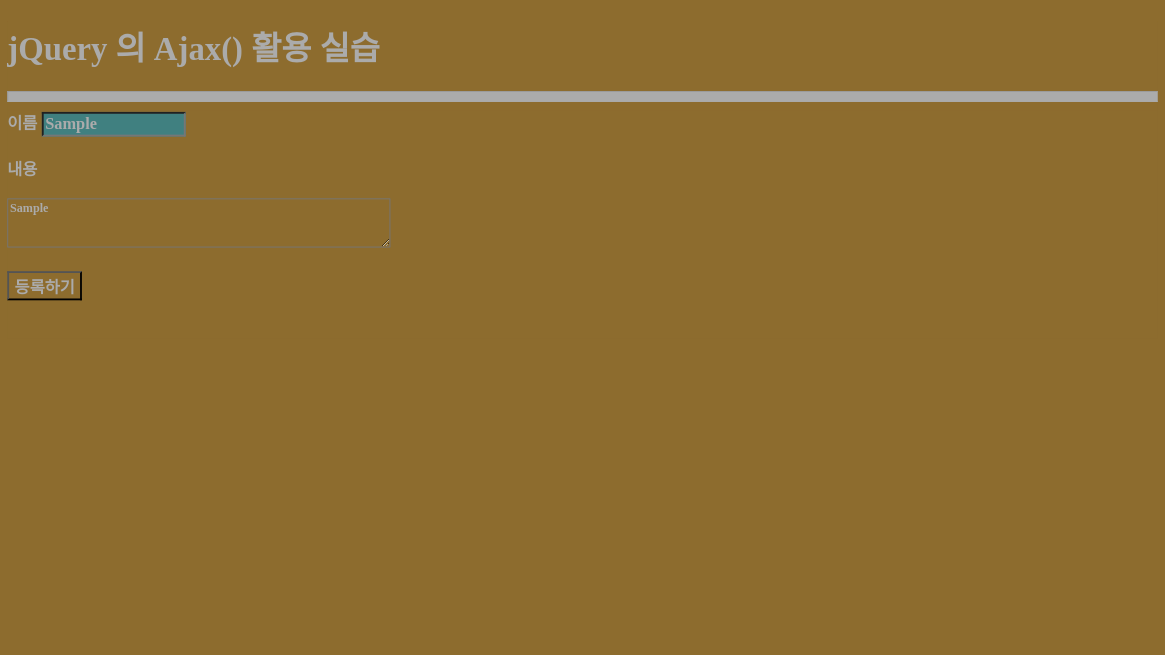
Repository: Umkimisstrong/UM_Webbb
Page: http://localhost/Ajaxjquery04/AjaxTest03.jsp
An editor plug-in stored every save of this project. The page is shown before and after the next save, followed by the edit.
The browser window is 1280 px wide. The pictures show the whole page, at 91% of full size.
Empty fields were first filled with sample values (such as "Sample", 5 or name@example.com).
After loading, the first visible `#sendBtn` was clicked once.
The page is served by Tomcat 9. Other server files are loaded and not shown.

Above is the page before, as saved 2022-05-12 02:17:38.
Console error: ReferenceError: 동작 is not defined

### Ajaxjquery04/WebContent/AjaxTest03.jsp
<%@ page contentType="text/html; charset=UTF-8"%>
<%@ taglib prefix="c" uri="http://java.sun.com/jsp/jstl/core"%>
<%
	request.setCharacterEncoding("UTF-8");
	String cp = request.getContextPath();
%>
<!DOCTYPE html>
<html>
<head>
<meta charset="UTF-8">
<title>AjaxTest02.jsp</title>
<link rel="stylesheet" type="text/css" href="<%=cp%>/css/main.css">
<script type="text/javascript" src="https://code.jquery.com/jquery.min.js"></script>
<script type="text/javascript">
	$(function()
	{
		$("#sendBtn").click(function()
		{
			//alert("보내기");
			var params = "name=" + $.trim($("#name").val())
			           + "&content=" + $.trim($("#content").val());
			/*
			$.ajax(
			{
				  type:"POST"
				, url:"AjaxTest02_ok.jsp"
				, data:params
				//, async:false ▶ 동기  (true 일 경우 : 비동기.. default임)
				, dataType:"xml"	// Check~!~!~!
				, success:동작
				, beforeSend:true
				, error:동작
			});
			 */

			$.ajax(
			{
				  type:"POST"
				, url:"AjaxTest02_ok.jsp"
				, data:params
				//, async:false ▶ 동기  (true 일 경우 : 비동기.. default임)
				, dataType:"xml"	// Check~!~!~!
				, success:function(args)
				{
					var out = "";
					out = ">> 게시물 갯수 : " + $(args).find("total_dataCount").text() + "<br>";
					$(args).find("comment").each(function()
					{
						var item = $(this);
						var num = item.attr("num");
						var name = item.find("name").text();
						var content = item.find("content").text();

						out += "<br>============================";
						out += "<br> 번호 : " + num;
						out += "<br> 이름 : " + name;
						out += "<br> 내용 : " + content;
						out += "<br>============================<br>";
					});


					$("#resultDiv").html(out);
					$("#name").val("");
					$("#content").val("");
					$("#name").focus();
				}
				, beforeSend:showRequest
				, error:동작
			});
		});
	});




	function showRequest()
	{
		if(!$.trim($("#name").val()))
		{
			alert("이름을 입력해야 합니다.");
			$("#name").focus();

			return false;

		}

		if (!$.trim($("#content").val()))
		{
			alert("내용을 입력해야 합니다.");
			$("#content").focus();

			return false;
		}

		return true;
	}
</script>
</head>
<body>


<div>
	<h1>jQuery 의 Ajax() 활용 실습</h1>
	<hr />
</div>

<div>
	이름 <input type="text" id="name" class="txt" />
	<br />
	<br />
	내용<br /><br />
	<textarea name="" id="content" cols="50" rows="3"></textarea>
	<br /><br />

	<input type="button" value="등록하기" id="sendBtn" />

</div>
<br />
<br />

<div id="resultDiv">

</div>




</body>
</html>

### Ajaxjquery04/WebContent/css/main.css
@charset "UTF-8";

*
{
	background-color: #8d6c2e;
	font-family: 나눔고딕코딩;
	color: #ababab;
	font-weight: bold;
}
hr
{
	background-color: #ababab;
	height: 10px;
	border-bottom-color: #ababab;
	border-right-color: #ababab;
}
body, p, div, span, input, table, th, td, select
{
	font-size: 18px;
	font-weight: bold;
}
.txt
{
	font-weight: bold;
	background-color: #408080;
	width:150px;
}
.txt:focus
{
	font-weight: bold;
	background-color: #948716;
	width:150px;
}

.control
{
	border: 1px solid grey;
	border-radius: 3px;
	font-weight: bold;
}

.table
{
	border-collapse: collapse;
	width: 250px;
	font-weight: bold;
}

.table th, .table td
{
	border: 1px solid grey;
	border-left: 1px;
	border-right: 1px;
	padding: 3px;
	line-height: 150%;
	font-weight: bold;
}
.table td
{
	background-color: gray;
	font-weight: bold;
}
.table th
{
	font-weight: bold;
	background-color: #EEE;
}
.btn
{
	background-color: #8d6c2e;
}

.btn01
{
	font-weight: bold;
	width: 80px;
	color: blue;
	background-color: gray;

}
.btn02
{
	font-weight: bold;
	width: 80px;
	color: red;
	background-color: gray;
}

.btn:hover
{
	font-weight: bold;
	color: white;
	background-color: tomato;
}

### Ajaxjquery04/WebContent/AjaxTest02_ok.jsp
<%@ page contentType="text/html; charset=UTF-8"
%><%@ taglib prefix="c" uri="http://java.sun.com/jsp/jstl/core"
%><%
	request.setCharacterEncoding("UTF-8");
	String cp = request.getContextPath();
%><%
	// AjaxTest02_ok.jsp → XML 구성

	String name = request.getParameter("name");
	String content = request.getParameter("content");

	response.setContentType("text/xml");
%><?xml version="1.0" encoding="UTF-8"?>
<lists>
	<total_datacount>5</total_datacount>
	<%
	for(int i =1; i<=5; i++)
	{
	%>
	<comment num="<%=i %>">
		<name><%=name + i %></name>
		<content><%=content + i %></content>
	</comment>
	<%
	}
	%>
</lists>

After the next save:
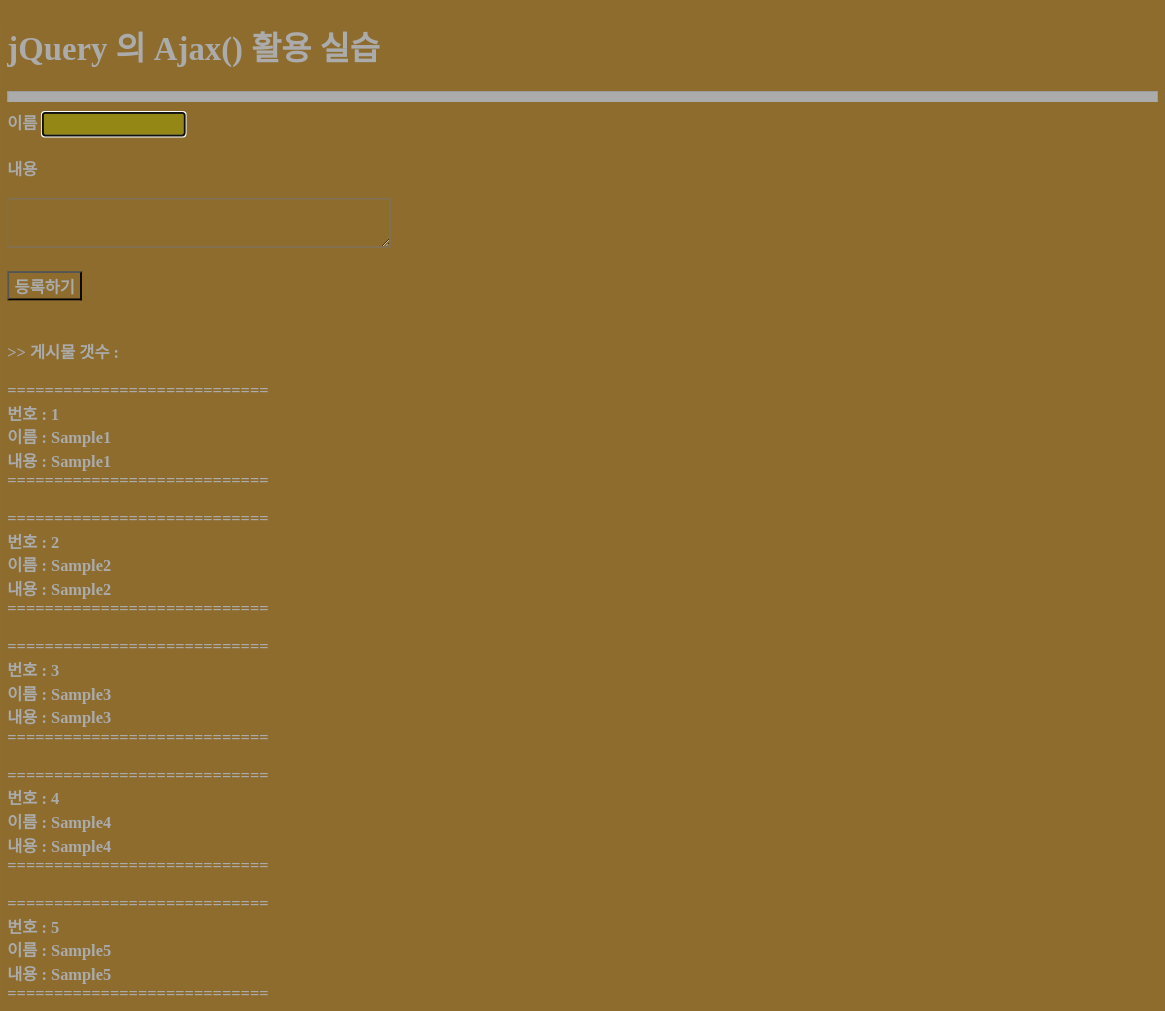
The error is gone.
Saved 17 s later.
--- a/Ajaxjquery04/WebContent/AjaxTest03.jsp
+++ b/Ajaxjquery04/WebContent/AjaxTest03.jsp
@@ -65,7 +65,10 @@
 					$("#name").focus();
 				}
 				, beforeSend:showRequest
-				, error:동작
+				, error:function()
+				{
+					alert(e.responseText);
+				}
 			});
 		});
 	});
